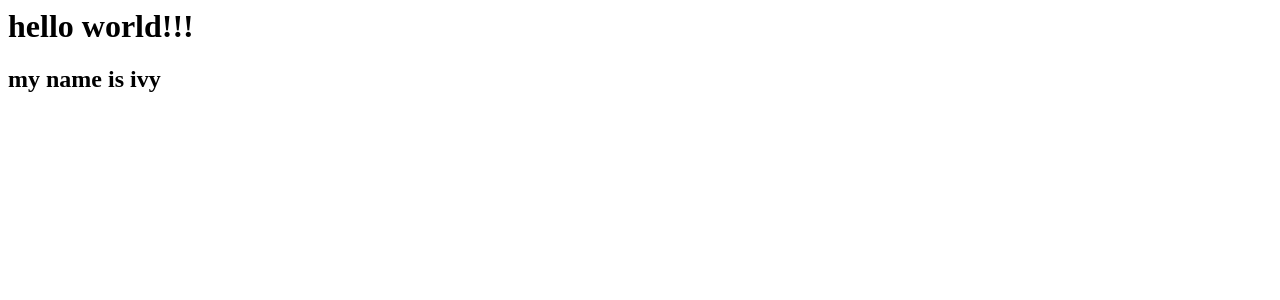
Repository: ivyexo/ivy
Page: index.html
These files come from the project's save history. The page is drawn as it stood at one moment and after the next save; the edit follows.
The browser window is 1280 px wide. The pictures show the whole page.

Above is the page before, as saved 2023-02-02 17:45:12.

After the next save:
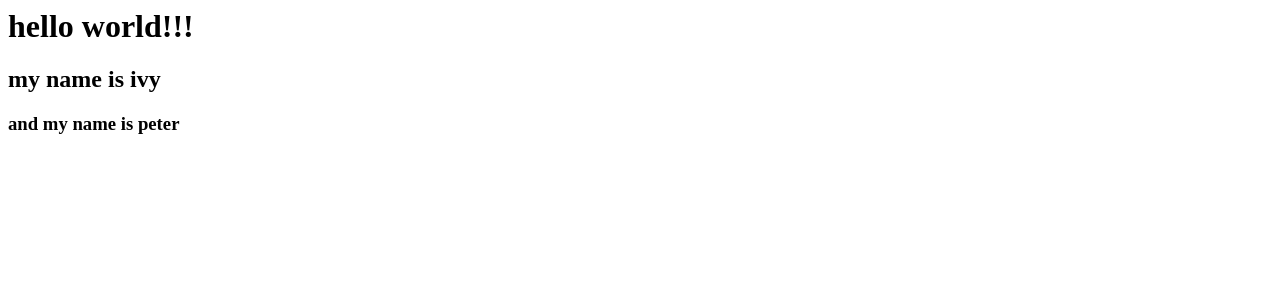
Saved 3 min 2 s later.
--- a/index.html
+++ b/index.html
@@ -1,2 +1,3 @@
 <h1>hello world!!!</h1>
 <h2>my name is ivy</h2>
+<h3>and my name is peter</h3>
